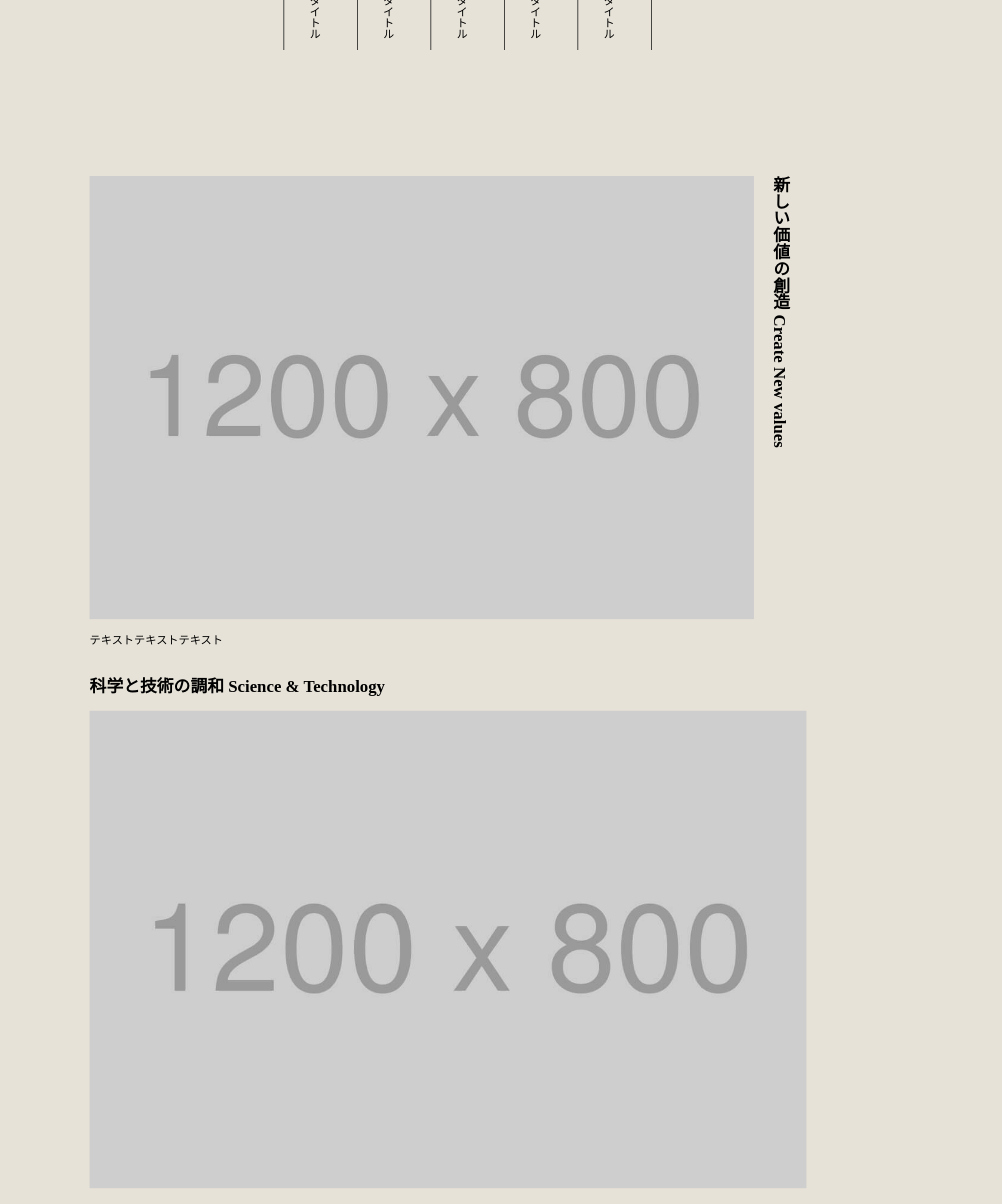
Repository: Fuki-san/wagashi
Page: http://localhost/wagashi
An editor plug-in stored every save of this project. The page is shown before and after the next save, followed by the edit.
The browser window is 1280 px wide. The page is 1432 px wide, so the pictures cover 1432 px, including what lies to the right of the window. The pictures show the part of the page from y = 1299 to 3019 px (the page is 3896 px tall before and 3919 px after), at 70% of full size.
The page is served by the project's Laravel application, run on PHP 8.4 with Laravel 10.

Above is the page before, as saved 2023-12-09 16:07:53.

After the next save:
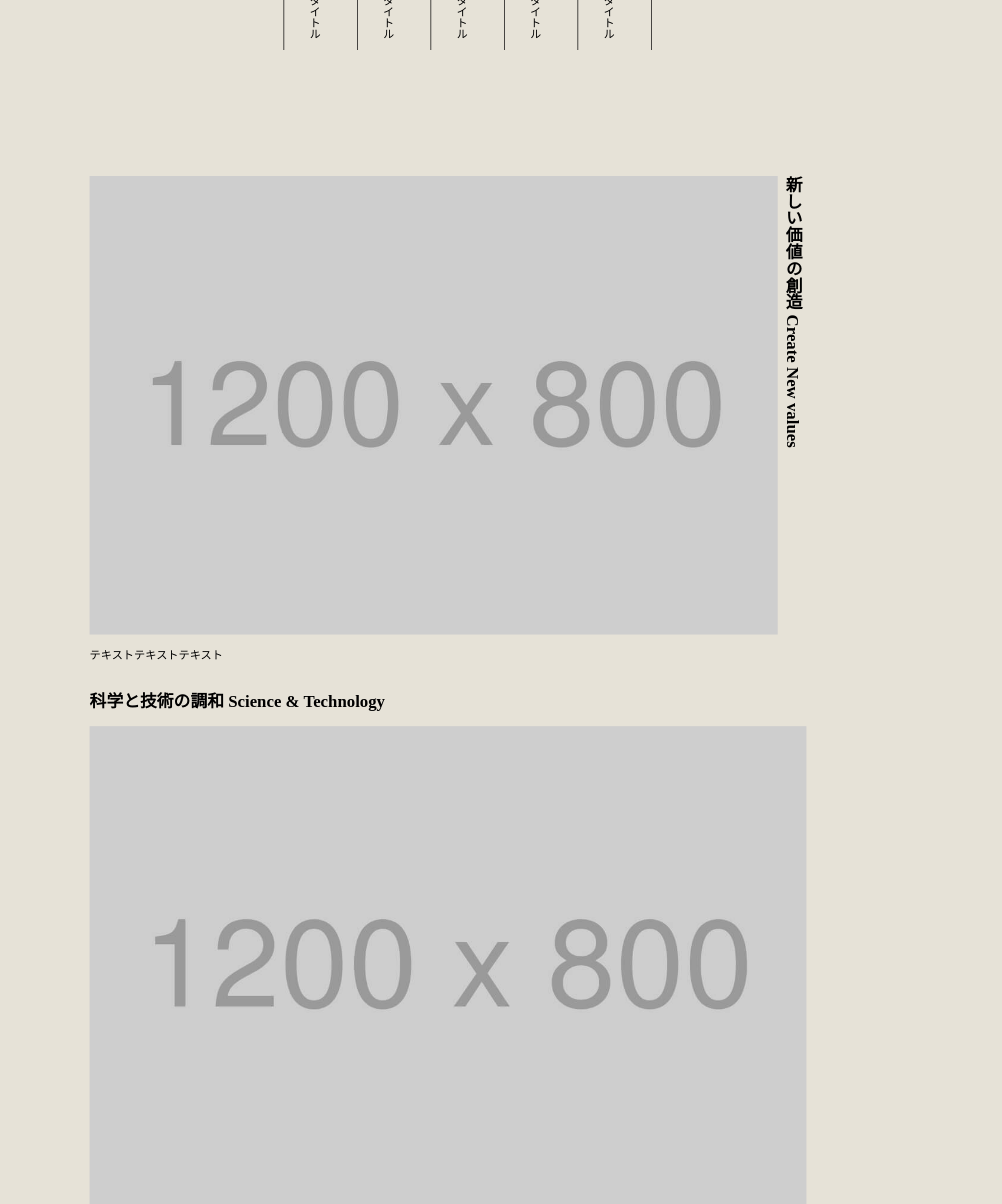
Saved 4 s later.
--- a/public/css/style.css
+++ b/public/css/style.css
@@ -132,5 +132,5 @@ li{
     -moz-writing-mode: vertical-rl;
     -webkit-writng-mode: vertical-rl;
     -ms-wrinting-mode: tb-rl;
-    line-height: ;
+    line-height: 1px;
 }
